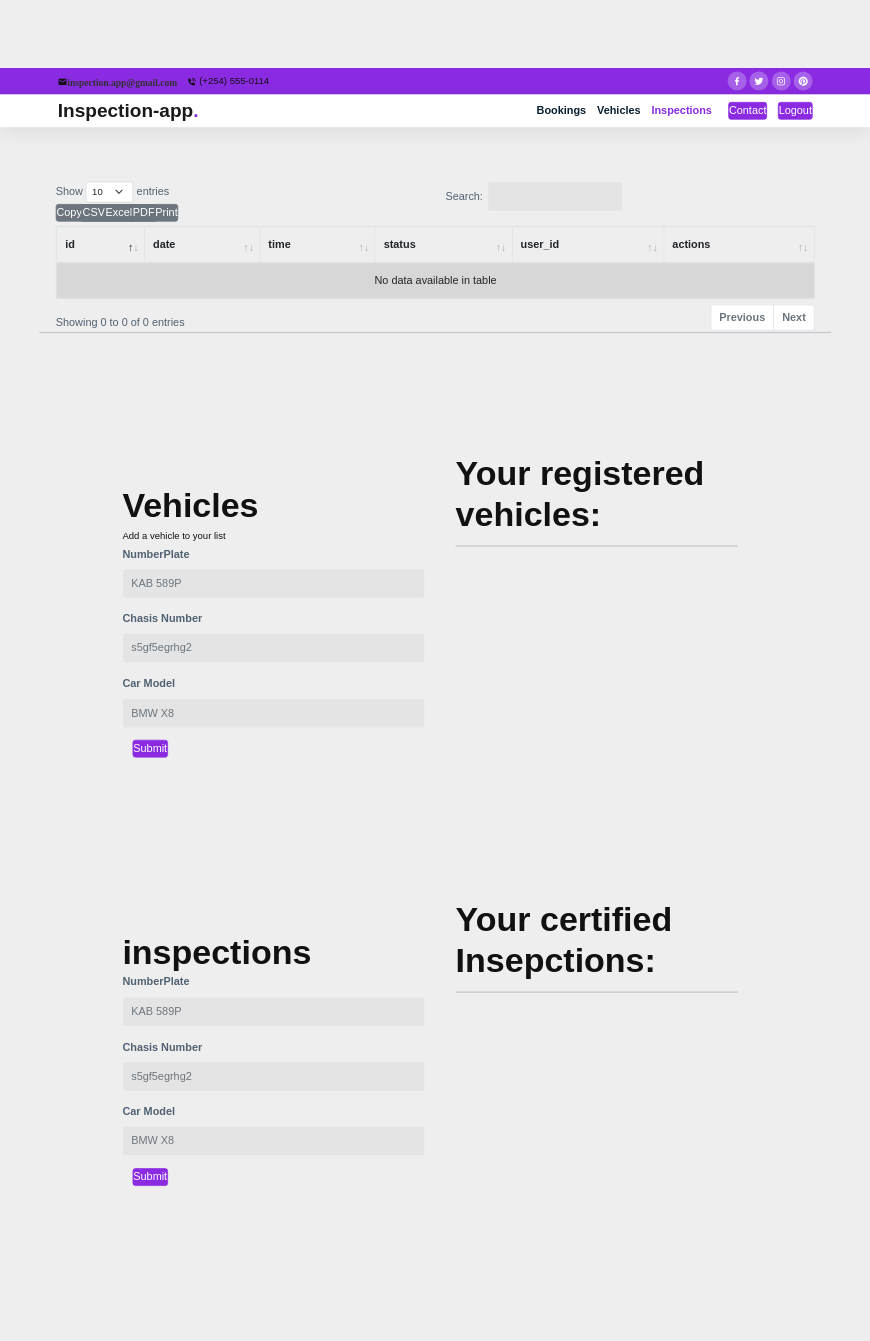
Repository: Jaynie8085/INSPECTION-APP
Page: client/admnDashboard.html
The author's editor kept a copy of each file at every save. The page is drawn from the files as they stood at one save, then again after the next save.
The browser window is 1280 px wide. The pictures show the whole page, at 68% of full size.
The page's requests for data from a server got no answer.

Above is the page before, as saved 2022-10-17 05:55:50.
Console error: ReferenceError: fetchBookings is not defined

After the next save:
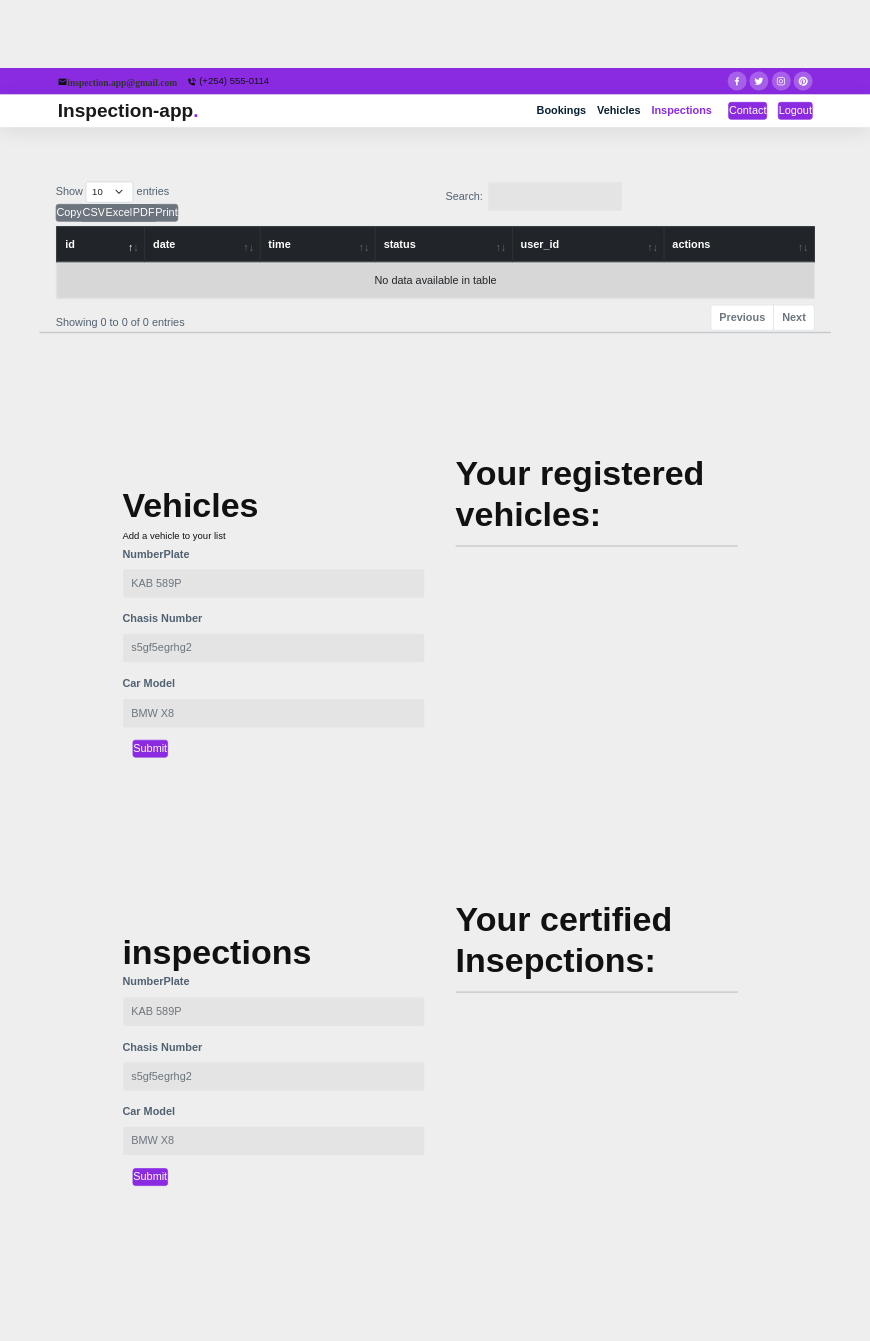
Saved 40 s later.
--- a/client/admnDashboard.html
+++ b/client/admnDashboard.html
@@ -77,7 +77,7 @@
             <div class="container">
                 <div class="row justify-content-center">
                     <table id="example" class="table table-striped table-bordered">
-                        <thead >
+                        <thead class="table-dark">
                             <tr>
                                 <th>id</th>
                                 <th>date</th>

After the save that followed:
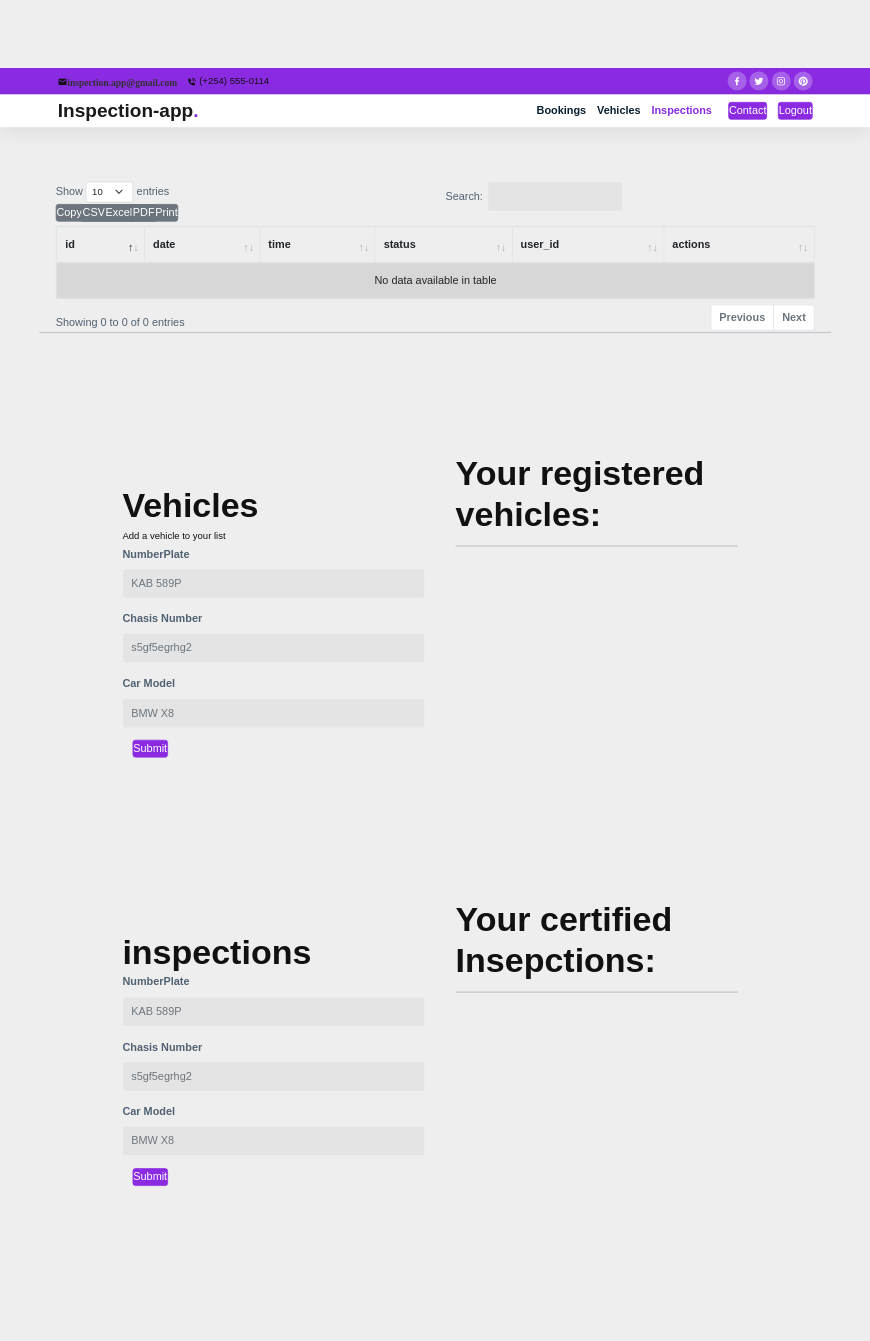
Saved 15 s later.
--- a/client/admnDashboard.html
+++ b/client/admnDashboard.html
@@ -77,7 +77,7 @@
             <div class="container">
                 <div class="row justify-content-center">
                     <table id="example" class="table table-striped table-bordered">
-                        <thead class="table-dark">
+                        <thead class="flex">
                             <tr>
                                 <th>id</th>
                                 <th>date</th>
